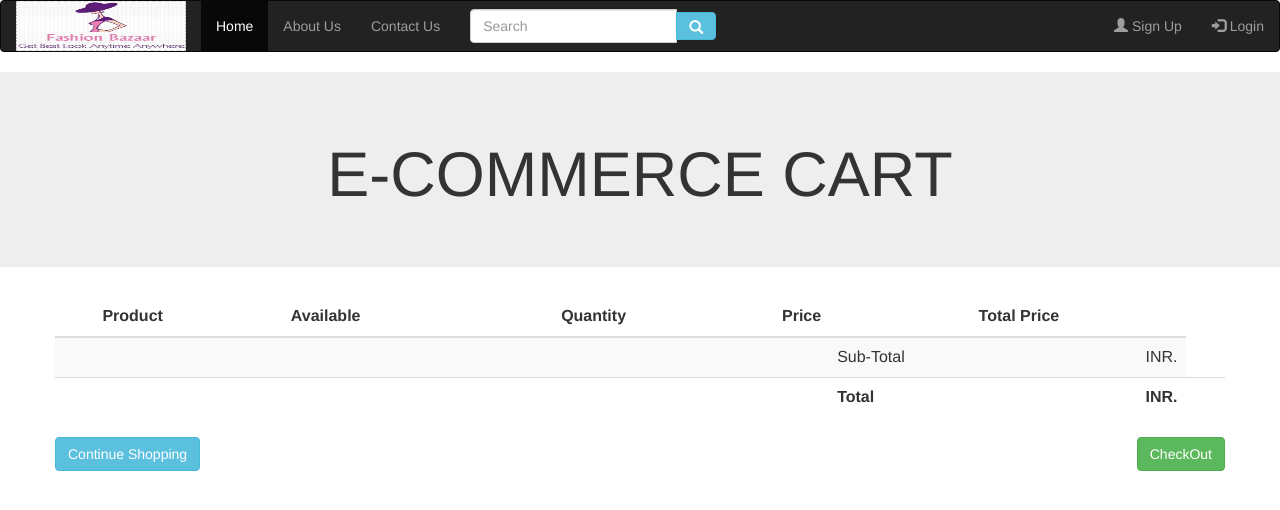
Repository: SmithaMendonca/Project-1
Page: http://localhost/FashionBazarFrontend/WEB-INF/views/Cart.jsp
These files come from the project's save history. The page is drawn as it stood at one moment and after the next save; the edit follows.
The browser window is 1280 px wide. The pictures show the whole page.
The page is served by Tomcat 9. Nobody is signed in. Other server files are loaded and not shown. The template is opened directly, without the code that normally fills it, so the values that code supplies are empty.

Above is the page before, as saved 2019-06-08 03:58:42.

### FashionBazarFrontend/src/main/webapp/WEB-INF/views/Cart.jsp
<%@include file="Header.jsp"%>
 <section class="jumbotron text-center">
    <div class="container">
        <h1>E-COMMERCE CART</h1>
     </div>
</section>

<div class="container mb-4">
    <div class="row">
        <div class="col-12">
            <div class="table-responsive">
                <table class="table table-striped">
                    <thead>
                        <tr>
                            <th scope="col"> </th>
                            <th scope="col">Product</th>
                            <th scope="col">Available</th>
                            <th scope="col" class="text-center">Quantity</th>
                            <th scope="col" class="text-right">Price</th>
                            <th scope="col" class="text-right">Total Price</th>
                            <th> </th>
                        </tr>
                    </thead>
                    <tbody>
                          <c:forEach items="${cartItems}" var="cartItem">
                            <form action="<c:url value="/updateCartItem/${cartItem.cartItemId}"/>" method="get">
                              <tr>
                            <td><img src="<c:url value="/resources/images/${cartItem.productId}.jpg"/>" width="30" height="30"/> </td>
                            <td>${cartItem.productName}</td>
                            <td>In stock</td>
                            <td><input class="form-control" type="text" name="quantity" value="${cartItem.quantity}"/></td>
                            <td class="text-right">${cartItem.price}</td>
                             <td class="text-right">${cartItem.price * cartItem.quantity}</td>
                            <td class="text-right">
                              <input type="submit" value="Update" class="btn btn-primary" />
                                <a href="<c:url value="/deleteCartItem/${cartItem.cartItemId}"/>" class="btn btn-danger">DELETE</a>
                            </td>
                              </tr>
                            </form>
                        </c:forEach>
                        <tr>
                            <td></td>
                            <td></td>
                            <td></td>
                            <td></td>
                            <td></td>
                            <td>Sub-Total</td>
                            <td class="text-right">INR.${grandTotal}</td>
                        </tr>
                        <tr>
                            <td></td>
                            <td></td>
                            <td></td>
                            <td></td>
                            <td></td>
                            <td><strong>Total</strong></td>
                            <td class="text-right"><strong>INR.${grandTotal}</strong></td>
                            <td></td>
                        </tr>
                    </tbody>
                </table>
            </div>
        </div>
        <div class="col mb-2">
            <div class="row">
                <div class="col-sm-6  col-md-6 col-sm-6">
                     <a href="<c:url value="/productPage"/>" class="btn btn-info">Continue Shopping</a>
                </div>
                <div class="col-sm-6  col-md-6 col-sm-6  text-right">
                     <a href="<c:url value="/checkout"/>" class="btn btn-success">CheckOut</a>
                </div>
            </div>
        </div>
    </div>
</div>



</body>
</html>

### FashionBazarFrontend/src/main/webapp/WEB-INF/views/Header.jsp
<%@ page language="java" contentType="text/html"%>
<%@ taglib uri="http://java.sun.com/jsp/jstl/core" prefix="c"%>
<%@taglib prefix="form" uri="http://www.springframework.org/tags/form"%>
<html>
<head>
<title>Welcome to Fashion Bazar</title>
 <meta charset="utf-8">
 <meta name="viewport" content="width=device-width, initial-scale=1">
 <link rel="stylesheet" href="https://maxcdn.bootstrapcdn.com/bootstrap/3.4.0/css/bootstrap.min.css">
  <script src="https://ajax.googleapis.com/ajax/libs/jquery/3.4.0/jquery.min.js"></script>
  <script src="https://maxcdn.bootstrapcdn.com/bootstrap/3.4.0/js/bootstrap.min.js"></script>
</head>
<style type="text/css">

.navbar-brand{
	padding:0px 15px;
     font-size: 40px;
}
</style>
<body>
	  <nav class="navbar navbar-inverse">
      <div class="container-fluid">
        <div class="navbar-header">
	        <img class="navbar-brand" src="<c:url value="/resources/images/fashion-bazaar-logo.jpg"/>" width="200px" height="100px" alt="logo" >
        </div>
        <ul class="nav navbar-nav">
         <c:if test="${!sessionScope.loggedIn }">
	      <li class="active"><a href="AdminHome.jsp">Home</a></li>
          <li><a href="<c:url value="/aboutus"/>">About Us</a></li>
          <li><a href="<c:url value="/contactus"/>">Contact Us</a></li>
          <form class="navbar-form navbar-left">
  				<div class="input-group">
    			  <input type="text" class="form-control" placeholder="Search">
   				 	<div class="input-group-btn">
      				<button class="btn btn-info" type="submit">
        				<span class="glyphicon glyphicon-search"></span>
      				</button>
    				</div>
  				</div>
			</form>
         </c:if>

         <c:if test="${sessionScope.loggedIn }">
               <c:if test="${sessionScope.role=='ROLE_ADMIN' }">
	      <li><a href="<c:url value="/category"/>">Category Management</a></li>
          <li><a href="<c:url value="/product"/>">Product Management</a></li>
               </c:if>
         </c:if>

          <c:if test="${sessionScope.loggedIn }">
              <c:if test="${sessionScope.role=='ROLE_USER' }">
           <li><a href="<c:url value="/productPage"/>">Products</a></li>
           <li><a href="<c:url value="/showCart"/>"><span class="glyphicon glyphicon-shopping-cart"></span>Cart</a></li>
              </c:if>
          </c:if>
       </ul>

       <ul class="nav navbar-nav navbar-right">
         <c:if test="${!sessionScope.loggedIn }">
	     	<li><a href="<c:url value="/register"/>"><span class="glyphicon glyphicon-user"></span> Sign Up</a></li>
        	 <li><a href="<c:url value="/login"/>"><span class="glyphicon glyphicon-log-in"></span> Login</a></li>
         </c:if>

         <c:if test="${sessionScope.loggedIn }">
            <li><a href="#"><span class="glyphicon glyphicon-user"></span>Hi ${sessionScope.username}</a></li>
            <li><a href="<c:url value="/perform_logout"/>"><span class="glyphicon glyphicon-log-out"></span> Logout</a></li>
         </c:if>
       </ul>
     </div>
    </nav>
</body>
</html>

After the next save:
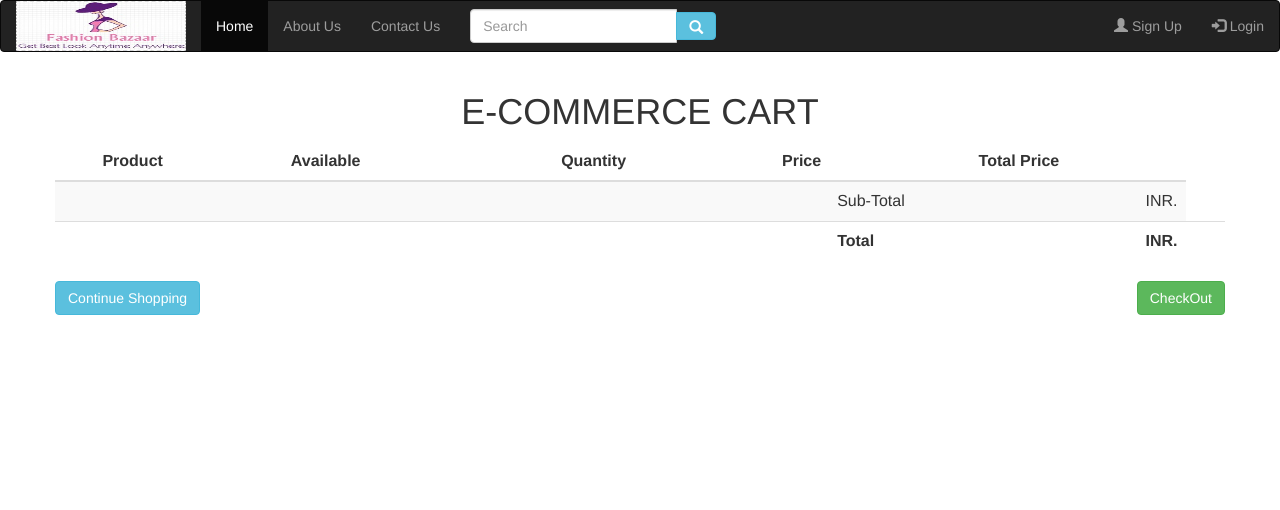
Saved 20 s later.
--- a/FashionBazarFrontend/src/main/webapp/WEB-INF/views/Cart.jsp
+++ b/FashionBazarFrontend/src/main/webapp/WEB-INF/views/Cart.jsp
@@ -1,5 +1,5 @@
 <%@include file="Header.jsp"%>
- <section class="jumbotron text-center">
+ <section class="text-center">
     <div class="container">
         <h1>E-COMMERCE CART</h1>
      </div>
